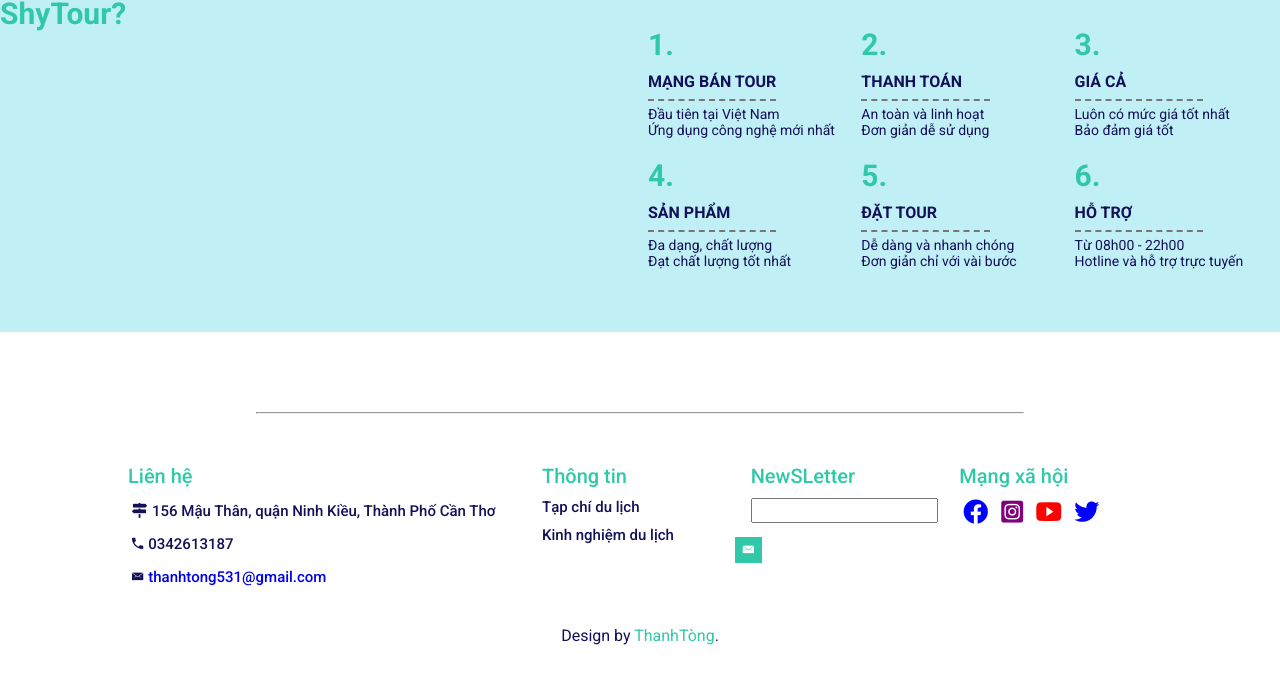
Repository: thanhtong531/tour
Page: index.html
An editor plug-in stored every save of this project. The page is shown before and after the next save, followed by the edit.
The browser window is 1280 px wide. The pictures show the part of the page from y = 2085 to 2780 px (the page is 2780 px tall).
A picture or video elsewhere on the page could not be fetched, so the positions and the page height are approximate.

Above is the page before, as saved 2021-10-04 18:18:34.

After the next save:
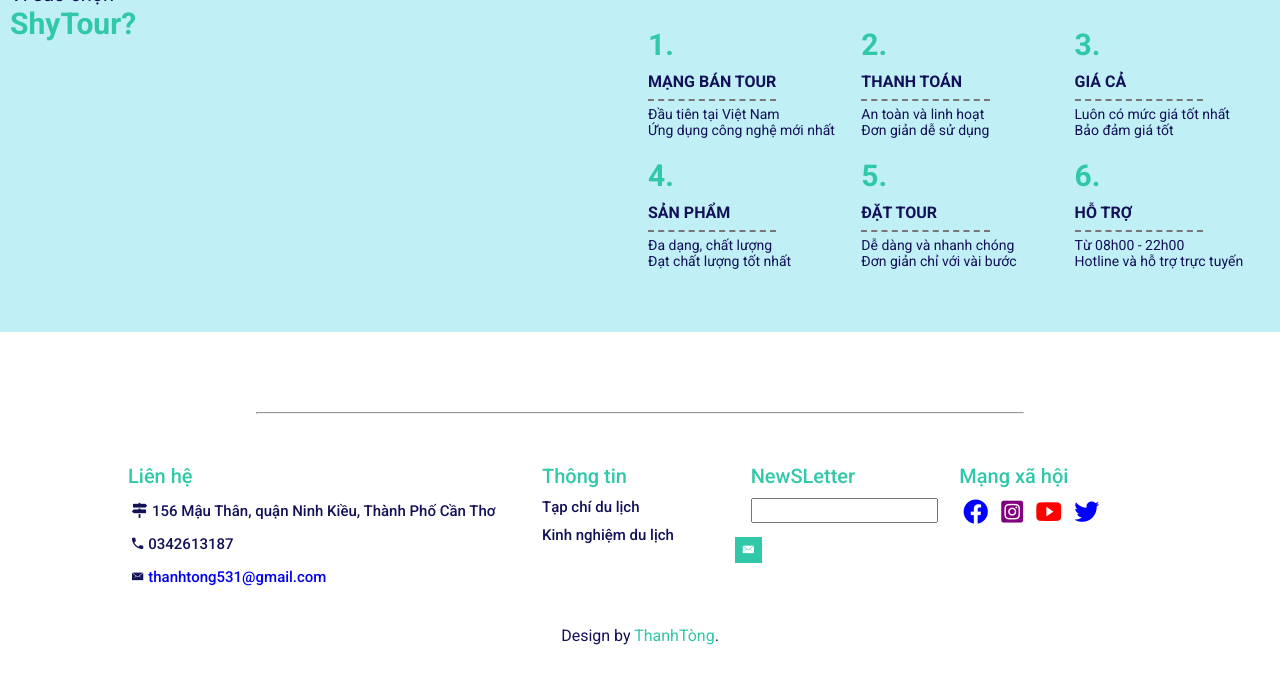
Saved 12 s later.
--- a/style.css
+++ b/style.css
@@ -554,7 +554,9 @@ hr{
     margin-bottom: 80px;
 }
 
-
+.frame-left{
+    padding: 10px;
+}
 
 
 .frame-title{
